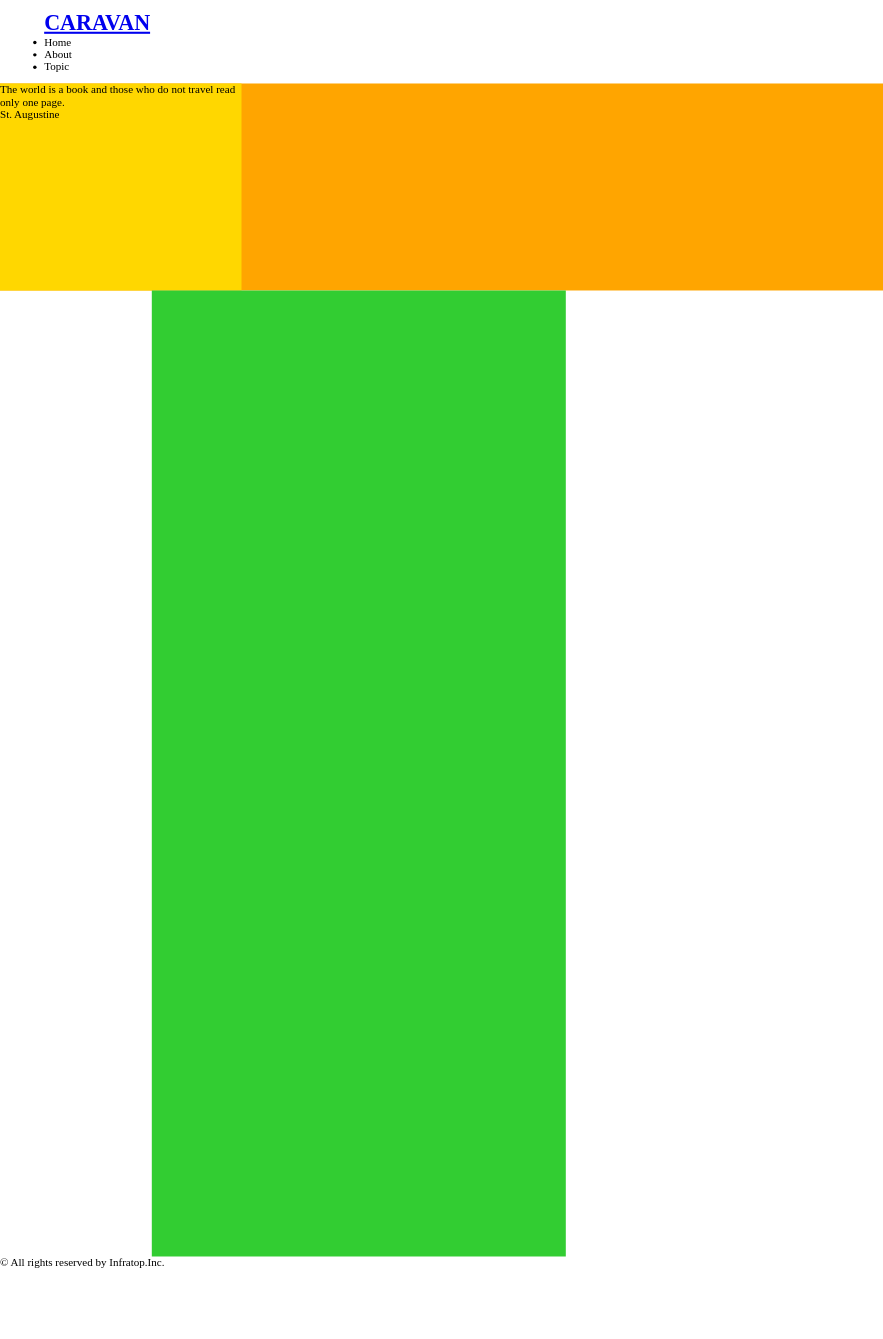
Repository: sutanuki/webcamp
Page: html,css/caravan/index.html
The author's editor kept a record of every edit. The page is drawn from the files as they stood at one moment, then again after the next edit.
The browser window is 1280 px wide. The pictures show the whole page, at 69% of full size.

Above is the page before.

After the next edit:
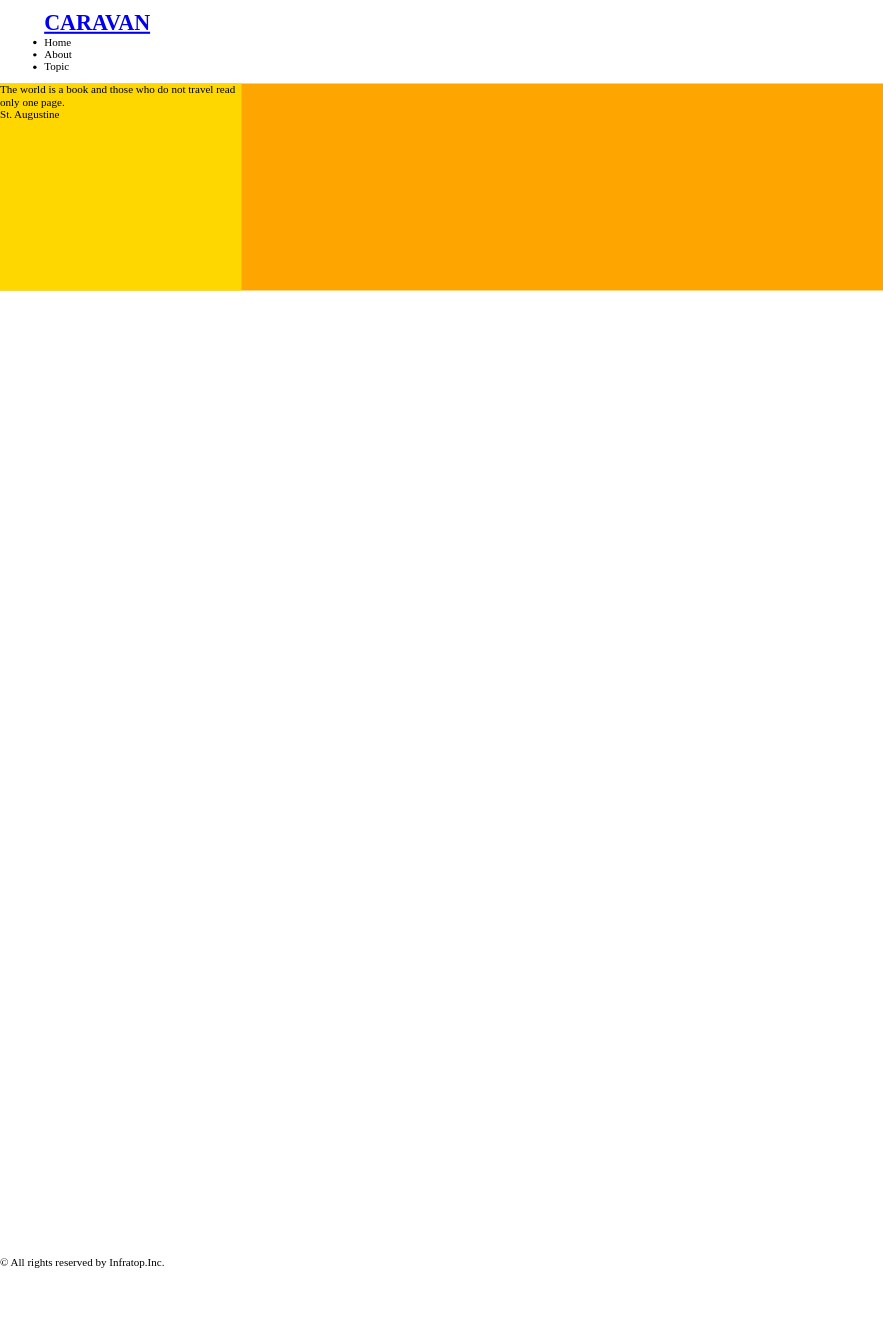
The edit:
--- a/html,css/caravan/style.css
+++ b/html,css/caravan/style.css
@@ -27,7 +27,6 @@
 .blog {
   width: 600px;
   height: 1400px;
-  background-color: limegreen;
 }
 .sidebar {
   width: 240px;
